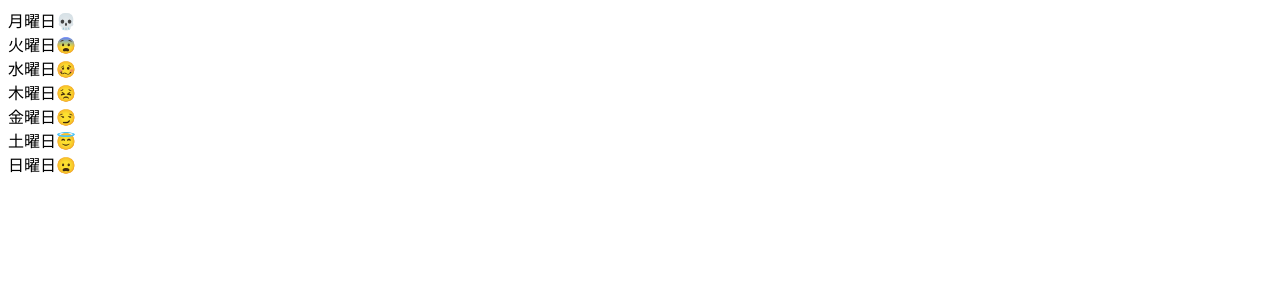
Repository: PUYIXIU/CSSMagic
Page: Animation/ScrollDrivenAnimation/ScrollProgressTimeline.html
These files come from the project's save history. The page is drawn as it stood at one moment and after the next save; the edit follows.
The browser window is 1280 px wide. The pictures show the whole page.

Above is the page before, as saved 2024-09-03 13:48:52.

After the next save:
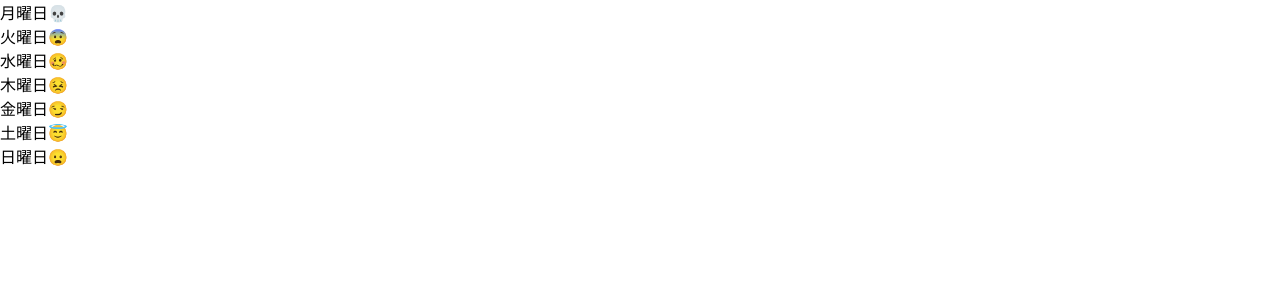
Saved 44 s later.
--- a/Animation/ScrollDrivenAnimation/ScrollProgressTimeline.html
+++ b/Animation/ScrollDrivenAnimation/ScrollProgressTimeline.html
@@ -4,6 +4,13 @@
     <meta charset="UTF-8">
     <meta name="viewport" content="width=device-width, initial-scale=1.0">
     <title>Document</title>
+    <link rel="stylesheet" href="../../assets/styles/reset.css">
+    <link rel="stylesheet" href="../../assets/styles/font.css">
+    <style>
+        body{
+
+        }
+    </style>
 </head>
 <body>
     <div class="progress"></div>
